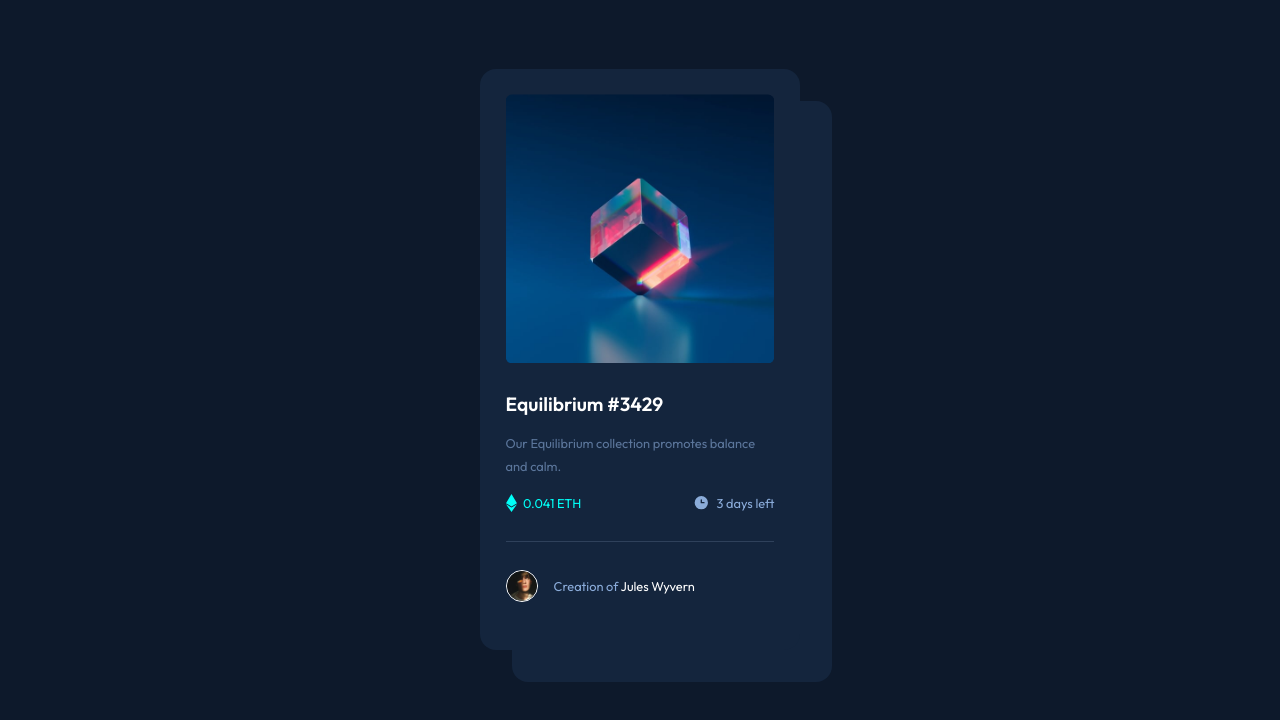
Repository: thaibaocoder1/nft-preview-card-component
Page: index.html
The author's editor kept a copy of each file at every save. The page is drawn from the files as they stood at one save, then again after the next save.
The browser window is 1280 px wide. The pictures show the whole page.

Above is the page before, as saved 2023-01-06 19:04:10.

After the next save:
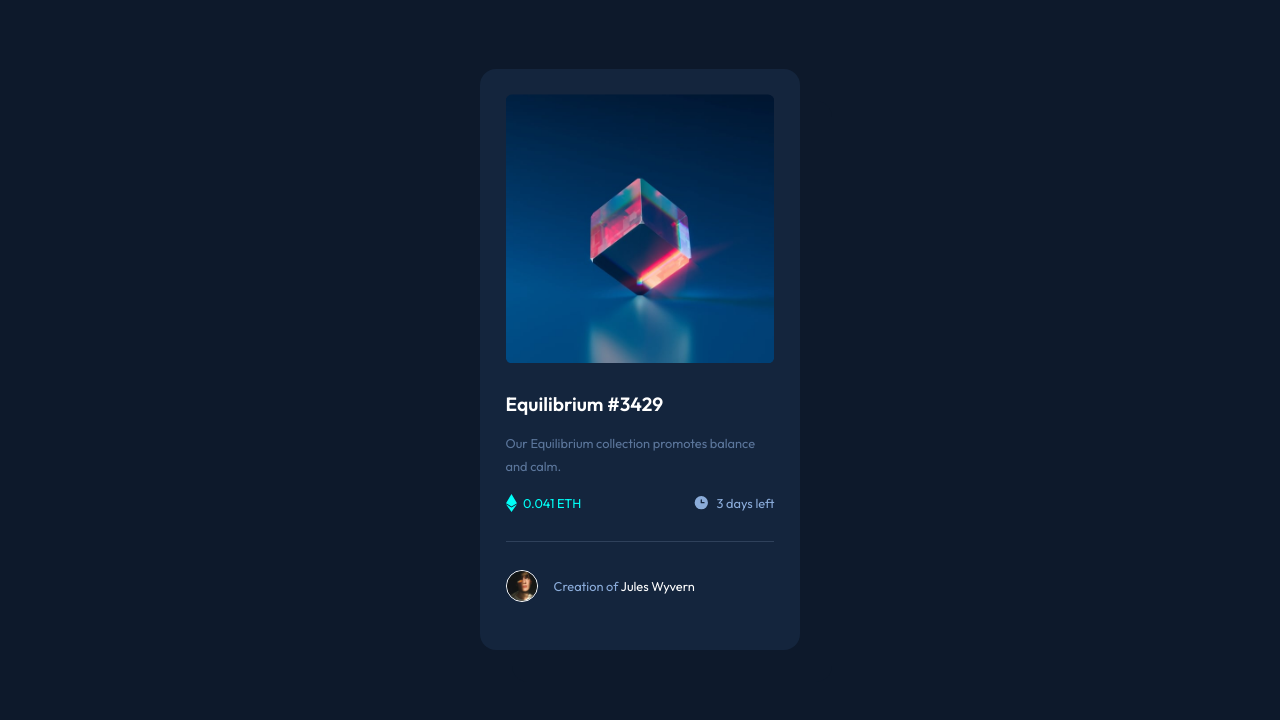
Saved 2 min 41 s later.
--- a/style.css
+++ b/style.css
@@ -28,7 +28,7 @@ body {
     background-color: var(--very-dark-blue-card);
     text-align: center;
     border-radius: 1rem;
-    box-shadow: 2rem 2rem var(--very-dark-blue-card);
+    box-shadow: 2rem 2rem var(--very-dark-blue-main);
 }
 .container .container-img {
     width: 20rem;
